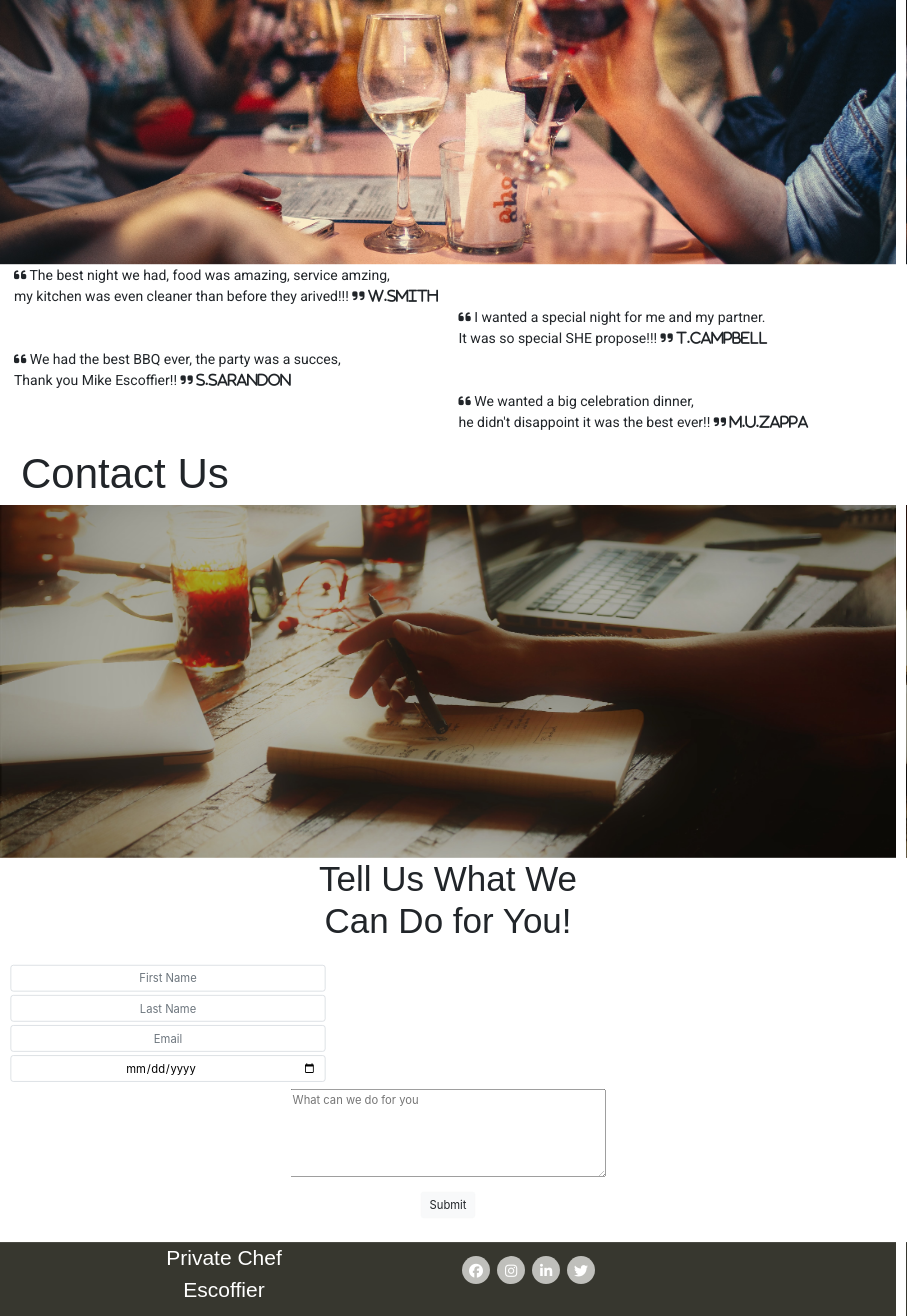
Repository: Mrsebastino/First-Milestone
Page: index.html
The author's editor kept a record of every edit. The page is drawn from the files as they stood at one moment, then again after the next edit.
The browser window is 1280 px wide. The page is 1295 px wide, so the pictures cover 1295 px, including what lies to the right of the window. The pictures show the part of the page from y = 2259 to 4139 px (the page is 4139 px tall), at 70% of full size.
Backgrounds fixed to the window are drawn as part of the page. Some web fonts or font styles are not loaded; a fallback is used. Some web libraries are served in a nearby version.

Above is the page before.

After the next edit:
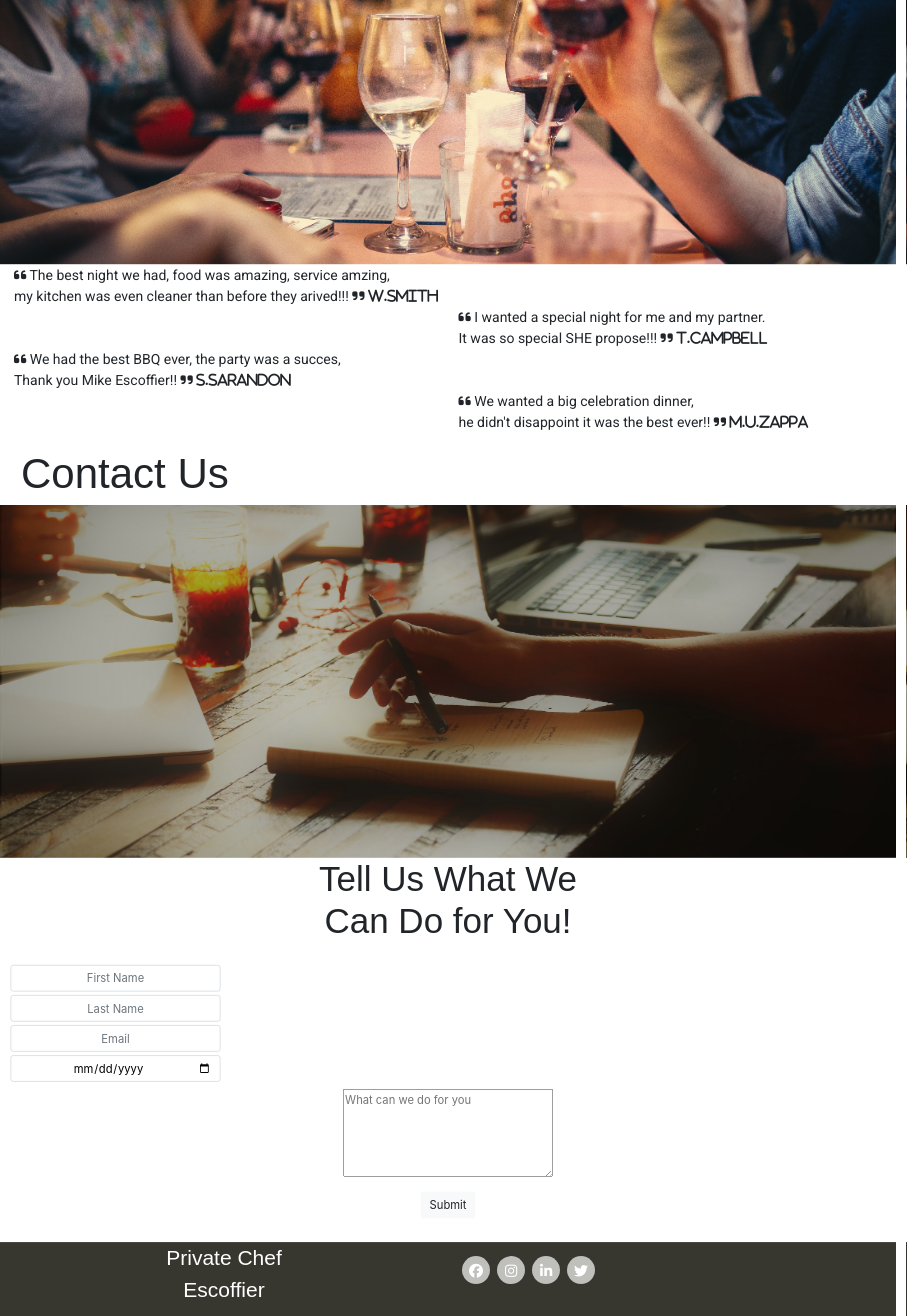
The edit:
--- a/assets/css/style.css
+++ b/assets/css/style.css
@@ -214,7 +214,7 @@
 }
 
 #fname,#lname,#email,#date,#query {
-    width: 450px;
+    width: 300px;
     margin-bottom: 5px;
     margin-top: 5px;
     color: #000;
